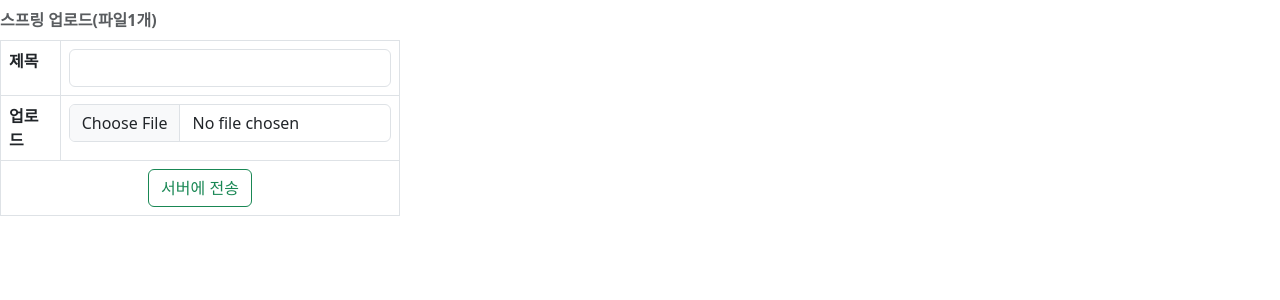
Repository: ssung2sin/sist0615_spring
Page: http://localhost/SpringMvcRead5/naver/form5
The author's editor kept a copy of each file at every save. The page is drawn from the files as they stood at one save, then again after the next save.
The browser window is 1280 px wide. The pictures show the whole page.
Some web fonts or font styles are not loaded; a fallback is used. The page is served by Tomcat 9.

Above is the page before, as saved 2023-10-11 01:29:52.

After the next save:
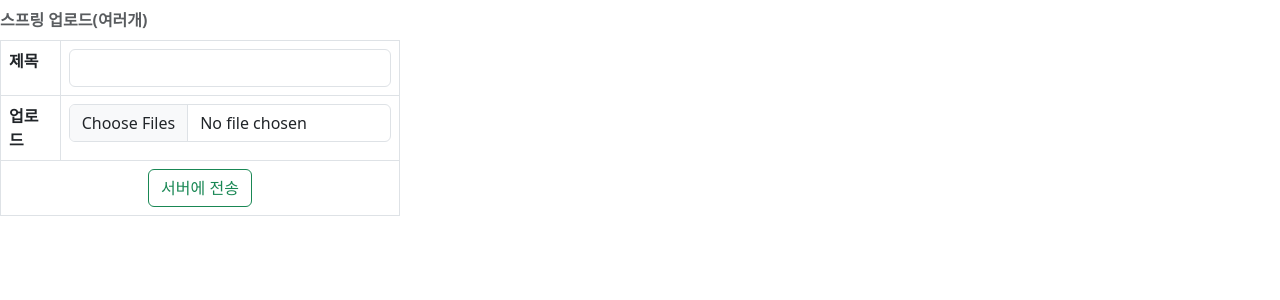
Saved 86 s later.
--- a/SpringMvcRead5/src/main/webapp/WEB-INF/upload/uploadForm2.jsp
+++ b/SpringMvcRead5/src/main/webapp/WEB-INF/upload/uploadForm2.jsp
@@ -12,9 +12,9 @@
 <title>Insert title here</title>
 </head>
 <body>
-	<form action="upload1" method="post" enctype="multipart/form-data">
+	<form action="upload2" method="post" enctype="multipart/form-data">
 		<table class="table table-bordered" style="width: 400px;">
-			<caption align="top"><b>스프링 업로드(파일1개)</b></caption>
+			<caption align="top"><b>스프링 업로드(여러개)</b></caption>
 			<tr>
 				<th>제목</th>
 				<td>
@@ -24,7 +24,7 @@
 			<tr>
 				<th>업로드</th>
 				<td>
-					<input type="file" name="photo" class="form-control">
+					<input type="file" name="photo" class="form-control"  multiple="multiple">
 				</td>
 			</tr>
 			<tr>
